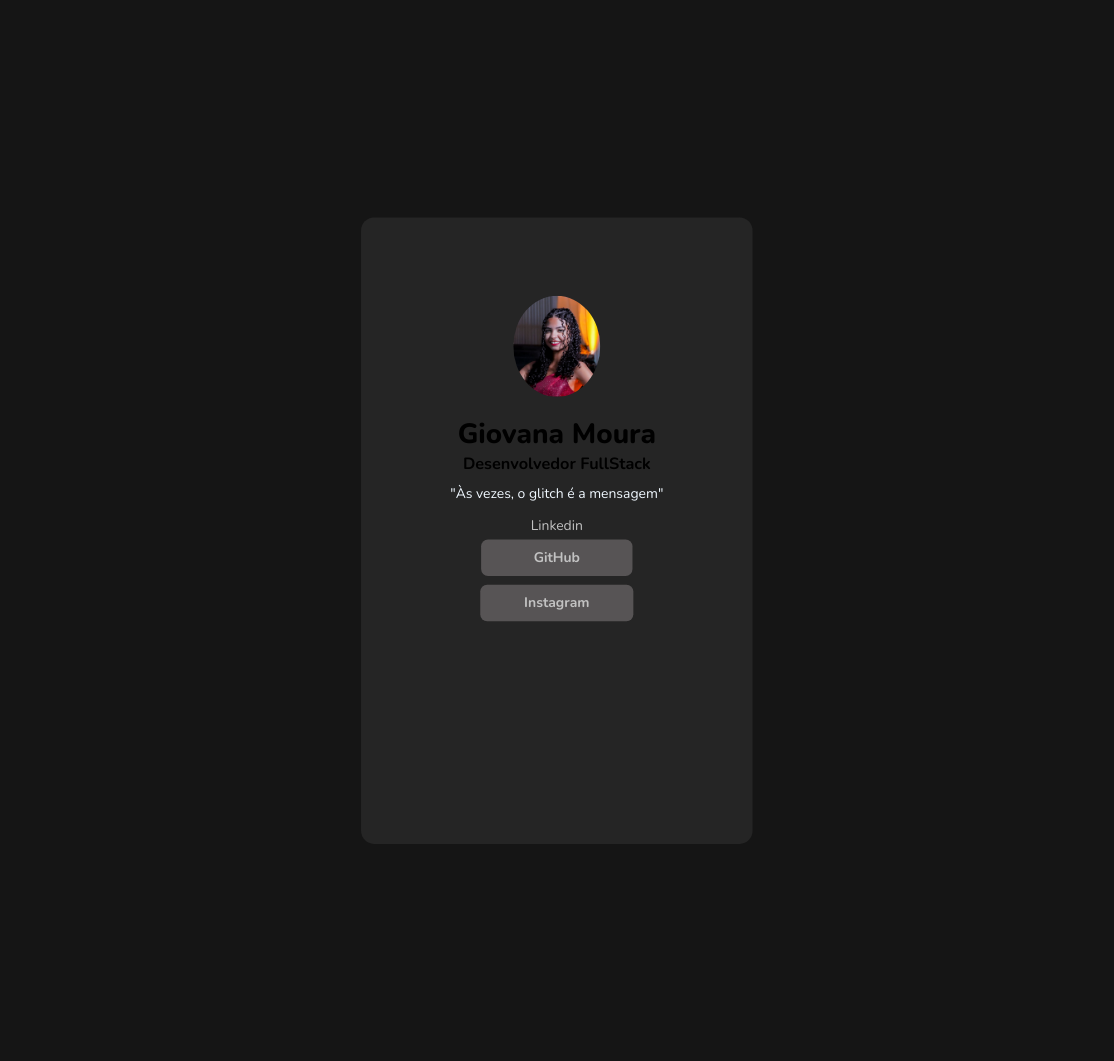
Repository: gimoli/linktree-giovana
Page: index.html
An editor plug-in stored every save of this project. The page is shown before and after the next save, followed by the edit.
The browser window is 1280 px wide. The pictures show the whole page, at 87% of full size.

Above is the page before, as saved 2025-04-11 09:13:31.

### index.html
<!DOCTYPE html>
<html lang="en">
<head>
    <meta charset="UTF-8">
    <meta name="viewport" content="width=device-width, initial-scale=1.0">
    <title>linktree Giovana</title>
    <link rel="stylesheet" href="style.css">
    <link rel="preconnect" href="https://fonts.googleapis.com">
<link rel="preconnect" href="https://fonts.gstatic.com" crossorigin>
<link href="https://fonts.googleapis.com/css2?family=Nunito:ital,wght@0,200..1000;1,200..1000&display=swap" rel="stylesheet">
</head>
<body>
    <div class="container-main">
        <div class="container-imagem">
            <img src="./image-profile.jfif" alt="foto perfil"/>
        </div>
        <div class="container-infos">
            <h1>Giovana Moura</h1>
            <h3>Desenvolvedor FullStack</h3>
        </div>
        <div class="container-easter-egg">
            <p>"Às vezes, o glitch é a mensagem"</p>
        </div>
        <div class="container-social">
            <ul>
                <li>
                    <a href="https://www.linkedin.com/in/giovana-moura-3543032bb/" target="_blank" class="botao-linktree-1">
                        Linkedin
                    </a>
                </li>
                <li>
                    <a href="https://github.com/gimoli" target="_blank" class="botao-linktree-2">
                        GitHub
                    </a>
                </li>
                <li>
                    <a href="https://www.instagram.com/gimoli_n?igsh=cTNvNDJ0M3owb3Vs&utm_source=qr" target="_blank" class="botao-linktree-3">
                        Instagram
                    </a>
                </li>
            </ul>
        </div>
    </div>
</body>
</html>

### style.css
*{
    font-family: "Nunito", sans-serif;
    margin: 0;
    padding: 0;
    box-sizing: border-box;
}

body {
    background-color: rgb(21, 21, 21);
}

.container-main {
    background-color: rgb(37, 37, 37);
    width: 450px;
    height: 720px;
    box-sizing: border-box;
    margin: 250px auto;
    padding: 90px;
    border-radius: 15px;
    text-align: center;
}

.container-imagem img{
    margin: 0 60px;
    width: 100px;
    border-radius: 100%;
}

.container-infos {
    margin-top: 15px;
    margin-bottom: 10px;
}

.container-infos h1 {
    font-weight: 800;
}

.container-infos h2{
  color: #e32363;
    margin-top: 10px;
    margin-bottom: px;
    font-weight: 600;
    font-size: 18px;
}

.container-easter-egg {
    margin-bottom: 15px;
    color: aliceblue;
}

.container-social ul{
    list-style-type: none;

}

.container-social a{
    text-decoration: none;
    color: rgb(194, 194, 194);
}

.botao-linktree {
  display: inline-block;
  padding: 10px 55px;
  margin: 5px 0;
  background-color: #575455; /* cor do Instagram */
  color: white;
  text-decoration: none;
  border-radius: 8px;
  font-weight: bold;
  text-align: center;
  transition: background-color 0.3s ease;
}

.botao-linktree:hover {
  background-color: #c1275b;
}

.botao-linktree-2 {
  display: inline-block;
  padding: 10px 60px;
  margin: 5px 0;
  background-color: #575455; /* cor do Instagram */
  color: white;
  text-decoration: none;
  border-radius: 8px;
  font-weight: bold;
  text-align: center;
  transition: background-color 0.3s ease;
}

.botao-linktree-2:hover {
  background-color: #c1275b;
}

.botao-linktree-3 {
  display: inline-block;
  padding: 10px 50px;
  margin: 5px 0;
  background-color: #575455; /* cor do Instagram */
  color: white;
  text-decoration: none;
  border-radius: 8px;
  font-weight: bold;
  text-align: center;
  transition: background-color 0.3s ease;
}

.botao-linktree-3:hover {
  background-color: #c1275b;
}

After the next save:
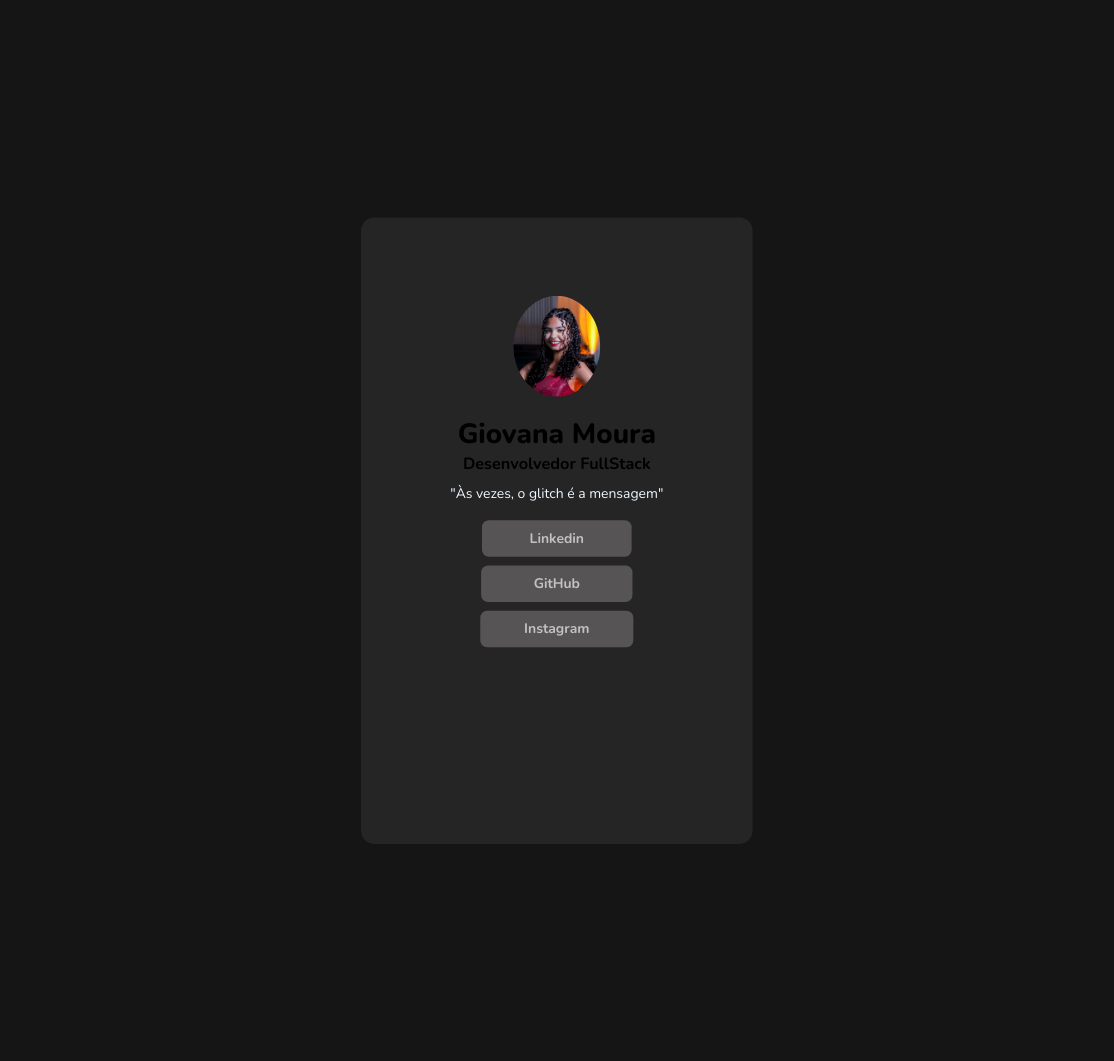
Saved 13 s later.
--- a/style.css
+++ b/style.css
@@ -58,7 +58,7 @@ body {
     color: rgb(194, 194, 194);
 }
 
-.botao-linktree {
+.botao-linktree-1 {
   display: inline-block;
   padding: 10px 55px;
   margin: 5px 0;
@@ -71,7 +71,7 @@ body {
   transition: background-color 0.3s ease;
 }
 
-.botao-linktree:hover {
+.botao-linktree-1:hover {
   background-color: #c1275b;
 }
 
